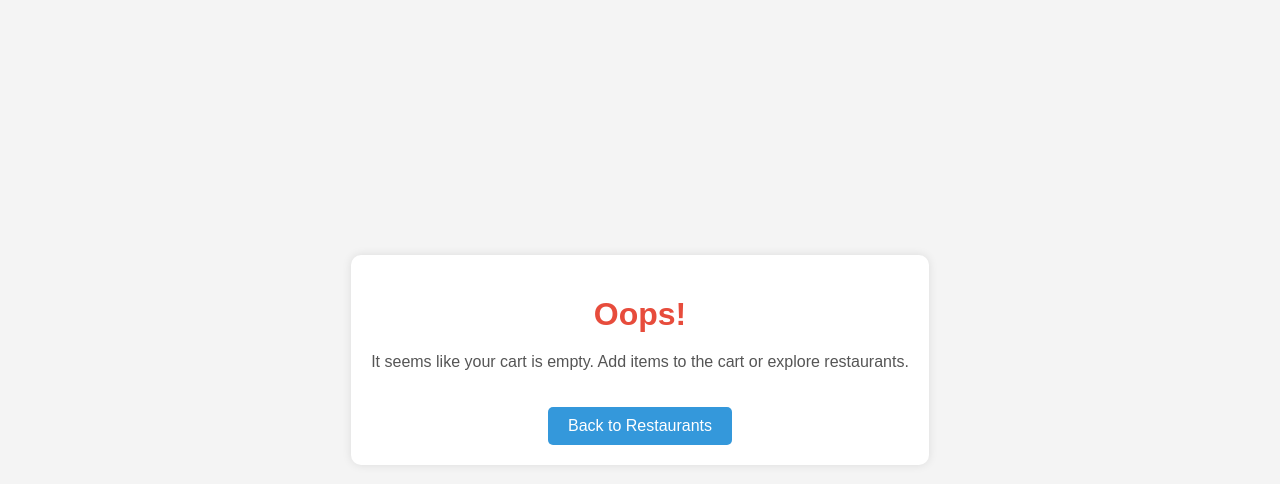
Repository: SWATHIBHUMA/FoodDelivaryApp
Page: http://localhost/FoodDelivaryApp/errorPage.jsp
An editor plug-in stored every save of this project. The page is shown before and after the next save, followed by the edit.
The browser window is 1280 px wide. The pictures show the whole page.
The page is served by Tomcat 9. Other server files are loaded and not shown.

Above is the page before, as saved 2024-01-14 11:51:32.

### FoodDelivaryApp/src/main/webapp/errorPage.jsp
<%@ page language="java" contentType="text/html; charset=UTF-8" pageEncoding="UTF-8"%>

<!DOCTYPE html>
<html lang="en">
<head>
    <meta charset="UTF-8">
    <meta http-equiv="X-UA-Compatible" content="IE=edge">
    <meta name="viewport" content="width=device-width, initial-scale=1.0">
    <title>Error - Nothing in Cart</title>
    <style>
        body {
            font-family: 'Arial', sans-serif;
            background-color: #f4f4f4;
            margin: 0;
            padding: 0;
            display: flex;
            align-items: center;
            justify-content: center;
            height: 100vh;
            text-align: center;
        }

        #error-message {
            background-color: #fff;
            padding: 20px;
            border-radius: 10px;
            box-shadow: 0 0 10px rgba(0, 0, 0, 0.1);
        }

        h1 {
            color: #e74c3c;
            margin-bottom: 20px;
        }

        p {
            color: #555;
            font-size: 16px;
        }

        .back-to-restaurants-btn {
            display: inline-block;
            margin-top: 20px;
            padding: 10px 20px;
            background-color: #3498db;
            color: #fff;
            text-decoration: none;
            border-radius: 5px;
            transition: background-color 0.3s ease;
        }

        .back-to-restaurants-btn:hover {
            background-color: #2980b9;
        }
    </style>
</head>
<body>
    <div id="error-message">
        <h1>Oops!</h1>
        <p>It seems like your cart is empty. Add items to the cart or explore restaurants.</p>
        <a href="<%= request.getContextPath() %>/Restaurants" class="back-to-restaurants-btn">Back to Restaurants</a>
    </div>
</body>
</html>

After the next save:
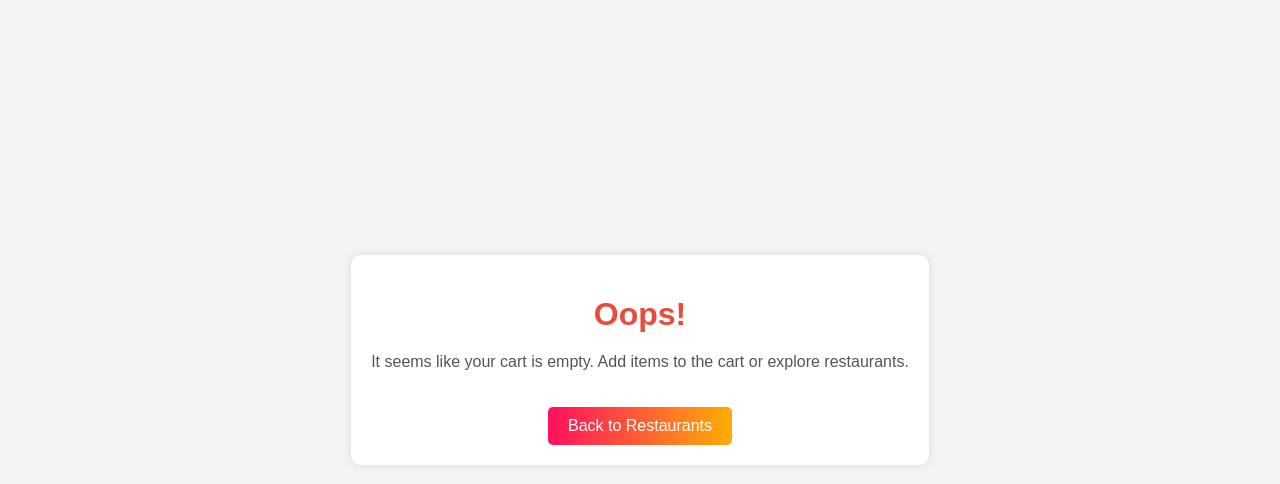
Saved 87 s later.
--- a/FoodDelivaryApp/src/main/webapp/errorPage.jsp
+++ b/FoodDelivaryApp/src/main/webapp/errorPage.jsp
@@ -41,7 +41,7 @@
             display: inline-block;
             margin-top: 20px;
             padding: 10px 20px;
-            background-color: #3498db;
+            background: linear-gradient(to right, #ff105f,#ffad06);
             color: #fff;
             text-decoration: none;
             border-radius: 5px;
